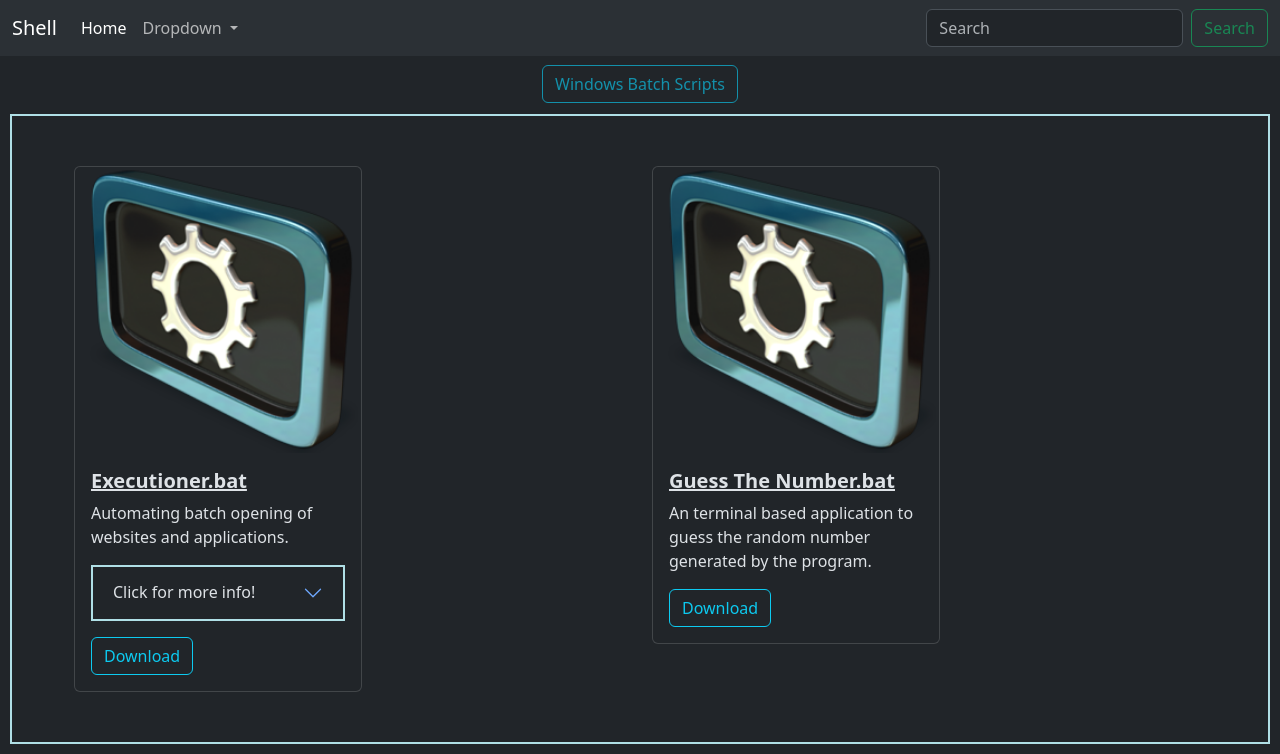
Repository: VictoriousMango/Archive
Page: index.html
These files come from the project's save history. The page is drawn as it stood at one moment and after a run of saves; the edit follows.
The browser window is 1280 px wide. The pictures show the whole page.

Above is the page before, as saved 2024-10-05 20:07:08.

After the next 2 saves:
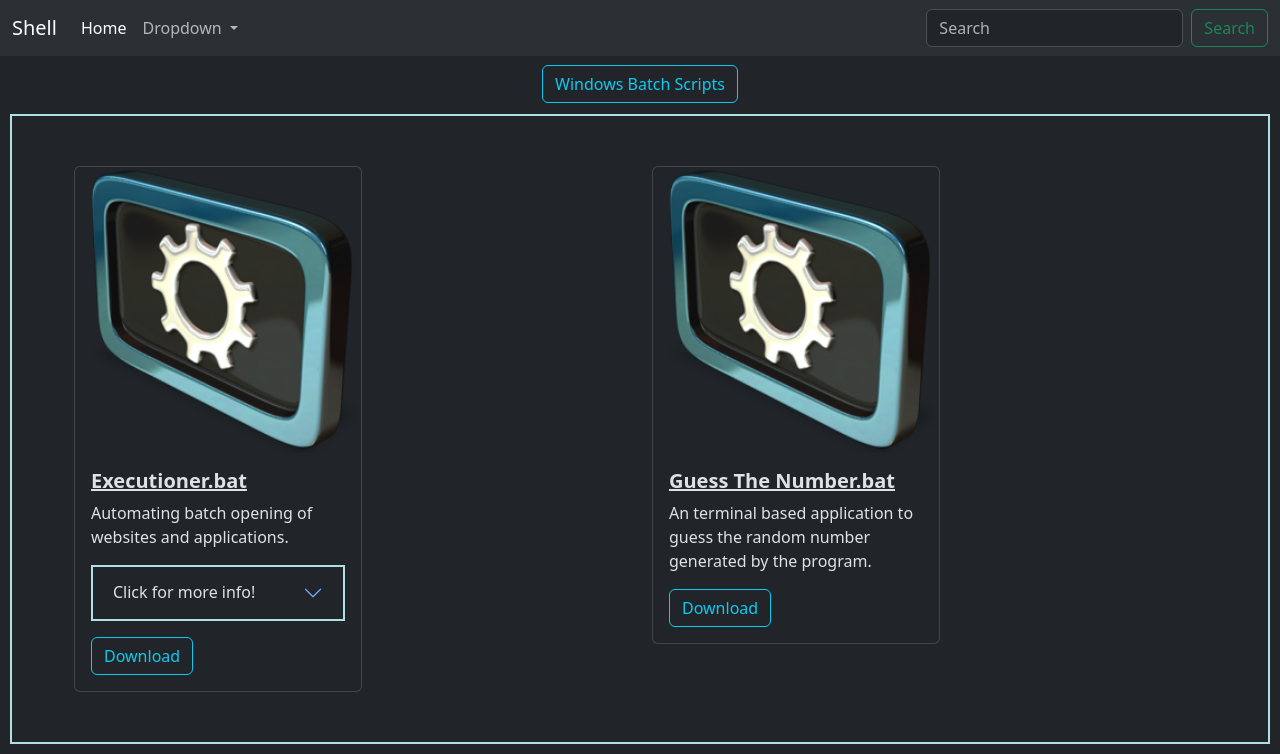
The 2 saves are shown as one change because they came seconds apart.
The last was saved 23 s later.
--- a/index.html
+++ b/index.html
@@ -44,7 +44,7 @@
     <!-- NavBar -->
 
     <!-- Windows Batch File -->
-    <h1 style="text-align : center;" id="Batch"><button type="button" class="btn btn-outline-info" disabled>Windows
+    <h1 style="text-align : center;" id="Batch"><button type="button" class="btn btn-outline-info">Windows
             Batch Scripts</button></h1>
     <div class="row" style="border: 2px solid powderblue; margin: 10px; padding: 50px;">
         <!-- First Card -->
